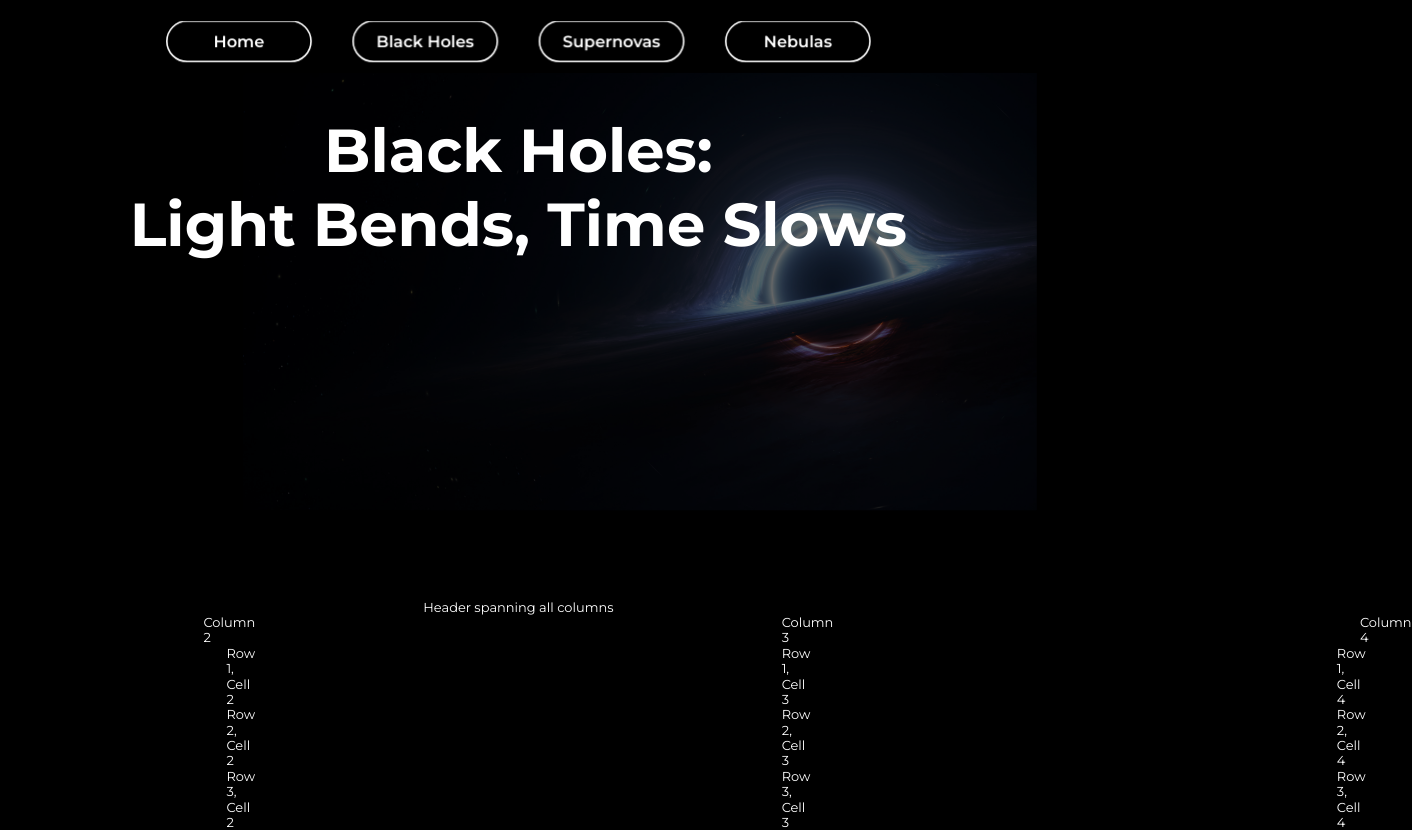
Repository: english-only/Space-Website
Page: black_hole.html
The author's editor kept a copy of each file at every save. The page is drawn from the files as they stood at one save, then again after the next save.
The browser window is 1280 px wide. The page is 1743 px wide, then 1281 px, so the pictures cover 1743 px, including what lies to the right of the window. The pictures show the whole page, at 81% of full size.
Backgrounds fixed to the window are drawn as part of the page.

Above is the page before, as saved 2024-12-16 09:49:33.

After the next save:
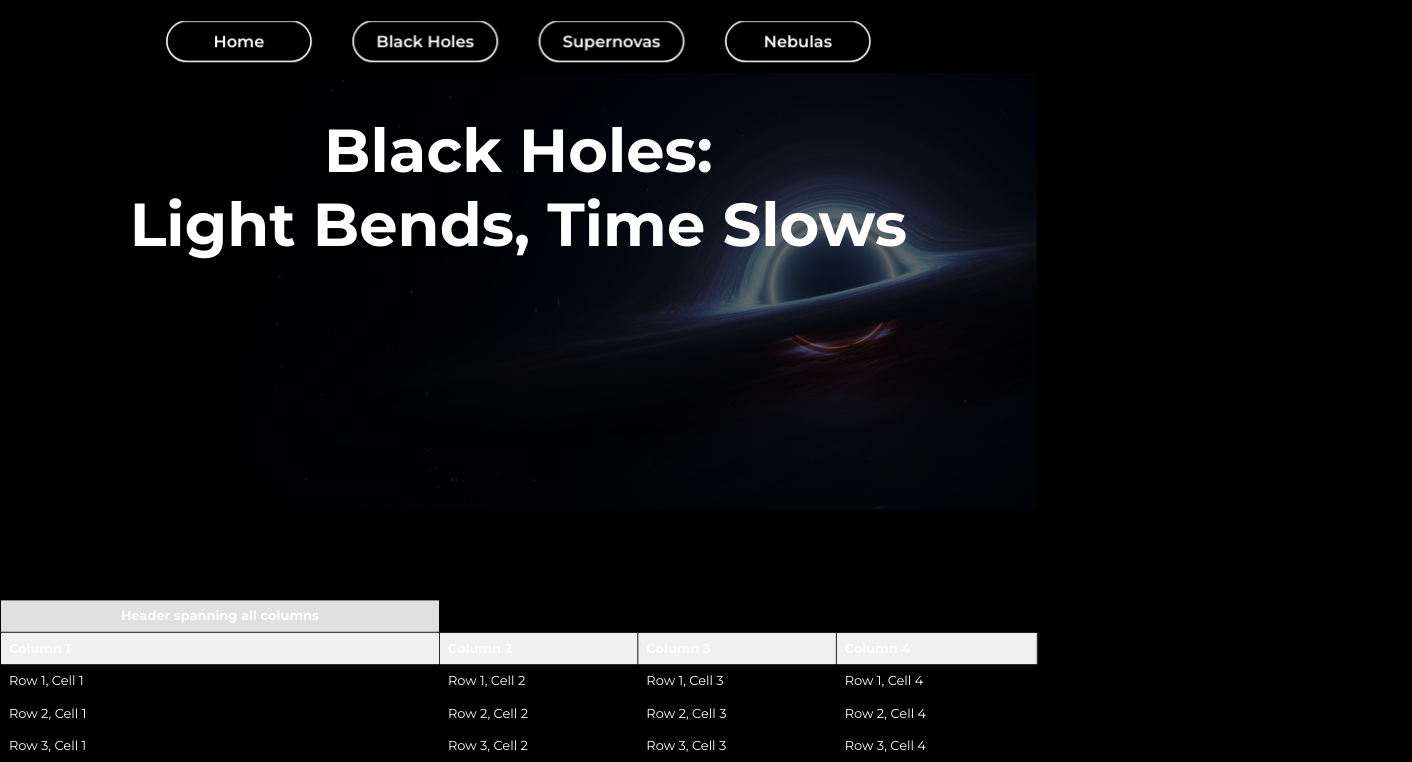
Saved 9 s later.
--- a/main.css
+++ b/main.css
@@ -320,6 +320,37 @@ body {
   transform: translateY(-10px); /* Raised effect */
 }
 
+.table {
+  display: table;
+  width: 100%;
+  border-collapse: collapse;
+}
+
+.row {
+  display: table-row;
+}
+
+.cell {
+  display: table-cell;
+  border: 1px solid #000;
+  padding: 10px;
+}
+
+.header {
+  font-weight: bold;
+  background-color: #f0f0f0;
+}
+
+.span-all {
+  display: table-cell;
+  border: 1px solid #000;
+  padding: 10px;
+  text-align: center;
+  font-weight: bold;
+  background-color: #e0e0e0;
+  column-span: all;
+}
+
 @keyframes fadeIn {
   from {
     opacity: 0;
